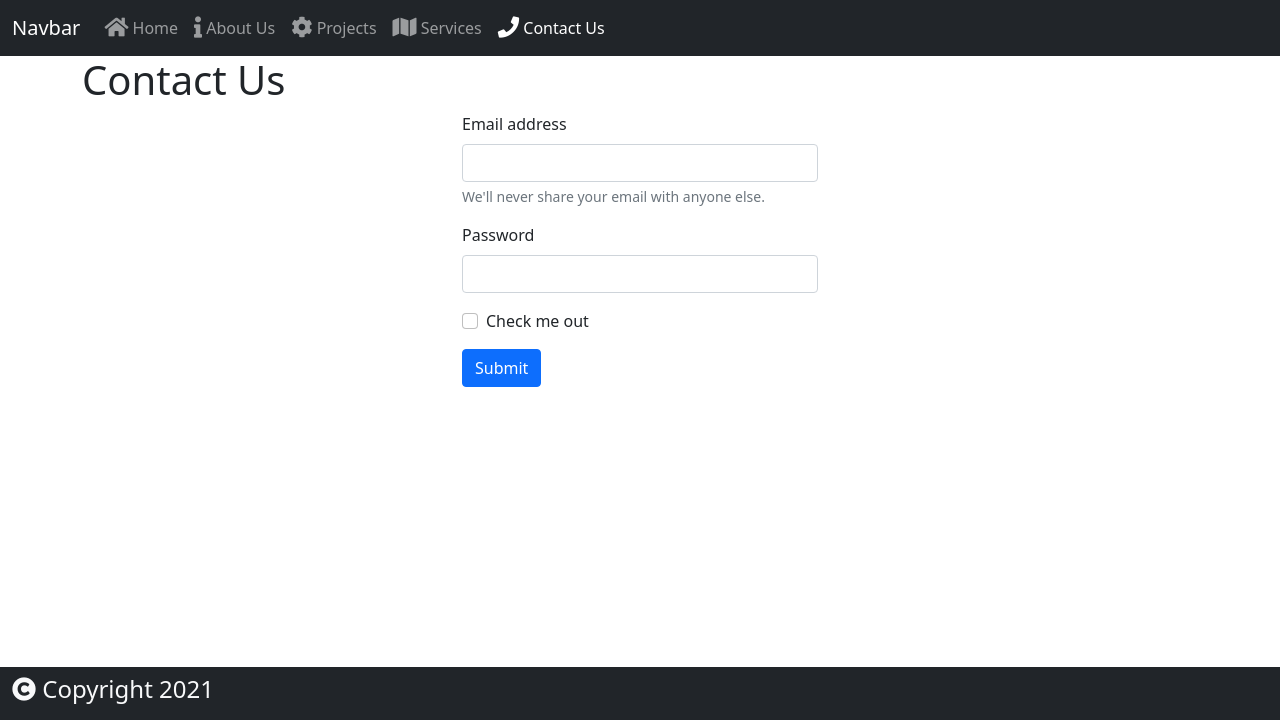
Repository: CKM206/WEBD6201-W2021---ICE1
Page: contact.html
The author's editor kept a copy of each file at every save. The page is drawn from the files as they stood at one save, then again after the next save.
The browser window is 1280 px wide. The pictures show the whole page.

Above is the page before, as saved 2021-01-21 09:17:00.

### contact.html
<!DOCTYPE html>
<html lang="en">
<head>
    <meta charset="UTF-8">
    <meta name="viewport" content="width=device-width, initial-scale=1.0">
    <title>Contact</title>
    <!-- CSS Section -->
    <!-- Inject Bootstrap first, always-->
    <link rel="stylesheet"
    href="./node_modules/bootstrap/dist/css/bootstrap.min.css">
    <!-- Now inject Icon Fonts using Font Awesome-->
    <link rel="stylesheet"
    href="./node_modules/@fortawesome/fontawesome-free/css/all.min.css">
    <!-- Now inject our custom css-->
    <link rel="stylesheet" href="./Content/app.css">
</head>
<body>
    <!-- Main Header -->
    <header>
      <!-- Main Navigation -->
        <nav class="navbar navbar-expand-lg navbar-dark bg-dark">
            <div class="container-fluid">
              <a class="navbar-brand" href="index.html">Navbar</a>
              <button class="navbar-toggler" type="button" data-bs-toggle="collapse" data-bs-target="#navbarSupportedContent" aria-controls="navbarSupportedContent" aria-expanded="false" aria-label="Toggle navigation">
                <span class="navbar-toggler-icon"></span>
              </button>
              <div class="collapse navbar-collapse" id="navbarSupportedContent">
                <ul class="navbar-nav me-auto mb-2 mb-lg-0">
                  <li class="nav-item">
                    <a class="nav-link" aria-current="page" href="index.html"><i class="fas fa-home fa-lg"></i> Home</a>
                  </li>
                  <li class="nav-item">
                    <a class="nav-link" aria-current="page" href="about.html"><i class="fas fa-info fa-lg"></i> About Us</a>
                  </li>
                  <li class="nav-item">
                    <a class="nav-link" aria-current="page" href="projects.html"><i class="fas fa-cog fa-lg"></i> Projects</a>
                  </li>
                  <li class="nav-item">
                    <a class="nav-link" aria-current="page" href="services.html"><i class="fas fa-map fa-lg"></i> Services</a>
                  </li>
                  <li class="nav-item">
                    <a class="nav-link active" aria-current="page" href="contact.html"><i class="fas fa-phone fa-lg"></i> Contact Us</a>
                  </li>
                </ul>
              </div>
            </div>
          </nav>
    </header>
    <!-- Main Content -->
    <main class="container">
      <h1>Contact Us</h1>

      <div class="row justify-content-md-center">
        <form class="col-4">
          <div class="mb-3">
            <label for="exampleInputEmail1" class="form-label">Email address</label>
            <input type="email" class="form-control" id="exampleInputEmail1" aria-describedby="emailHelp">
            <div id="emailHelp" class="form-text">We'll never share your email with anyone else.</div>
          </div>
          <div class="mb-3">
            <label for="exampleInputPassword1" class="form-label">Password</label>
            <input type="password" class="form-control" id="exampleInputPassword1">
          </div>
          <div class="mb-3 form-check">
            <input type="checkbox" class="form-check-input" id="exampleCheck1">
            <label class="form-check-label" for="exampleCheck1">Check me out</label>
          </div>
          <button type="submit" class="btn btn-primary">Submit</button>
        </form>
      </div>
    </main>

    <!-- Footer Section -->
    <footer>
        <nav class="navbar fixed-bottom navbar-dark bg-dark">
            <div class="container-fluid">
              <h4 class="text-light"><i class="fas fa-copyright text-light"></i> Copyright 2021</h4>
            </div>
          </nav>
    </footer>

    <!--Script Section-->
    <script src="./node_modules/jquery/dist/jquery.min.js"></script>
    <script src="./node_modules/bootstrap/dist/js/bootstrap.bundle.min.js"></script>
    <script src="./Scripts/app.js"></script>
</body>
</html>

### Content/app.css
/* Custom CSS Here */

### Scripts/app.js
/* Custom Javascript Here */
"use strict"; // Indicate that the code should be executed in "strict mode".

// IIFE - Immediately Invoked Function Expression (Anonymous Self-Executing Function)
//-Acts as a Closure, Limits Scope Leak
(function () {
  function displayHome()
  {
    // This shows different ways of accessing an element; @see index.html <p> on line 51
    //-Each has its own use and solves different problems
    let paragraphOneText = "This is a simple site to demonstrate DOM Manipulation for ICE 1.";
    let paragraphOneElement = document.getElementById("paragraphOne");

    // let aParagraph = document.getElementsByTagName("p")[0];
    // let allParagraphs = document.getElementsByTagName("p");
    // let paragraphOneQuery = document.querySelector("p");
    // let paragraphOneQuerys = document.querySelectorAll("p");

    // Print each variable to the console, see how each one "points" to the same <p> element
    // console.log(paragraphOneElement);
    // console.log(aParagraph);
    // console.log(allParagraphs[0]);
    // console.log(paragraphOneQuery);
    // console.log(paragraphOneQuerys);

    // Assigning values to the textContent of the element we have a reference to
    paragraphOneElement.textContent = paragraphOneText;

    /* We can change the style as well..
      For the most part its best to use css sheets, but this can be useful when attempting
      dynamic effects on the webpage
    */
    //paragraphOneElement.style = "color: blue;";

    /* We can change the class of an element as well...
    * This is probably a better way of assigning css to elements (As compared to above)
    */
    //paragraphOneElement.className = "fs-4 fw-bold";


    // Injecting a new element
    let newParagraph = document.createElement("p");             // Create the Element
    newParagraph.setAttribute("id","paragraphTwo");             // Configure the Element
    newParagraph.textContent = "...And this is Paragraph two"   //--
    let mainContent = document.getElementsByTagName("main")[0]; // Get a reference to the Main Element
    mainContent.appendChild(newParagraph);                      // Append the new Element as a child of main

    // We can still make alterations to this element
    newParagraph.className = "fs-4 fw-bold";

    // Another way of injecting a new Element through Javascript
    let paragraphThree = '<p class ="fs-6">And this is the Third Paragraph</p>';    // Create the Element

    // Notice that this doesnt work, it is assigned as text verbatim, and erases all other content in main
    //mainContent.textContent = paragraphThree;

    let paragraphDiv = document.createElement('div');
    // Converting and Injecting the paragraph, it still erases all other content
    paragraphDiv.innerHTML = paragraphThree;

    // Insertions
    //-Example of insering before a node
    //newparagraph.before(paragraphDiv);

    // Inserting after a node
    newParagraph.after(paragraphDiv);

    // deletions

    //-Removing a single element
    //paragraphOneElement.remove();

    //-Removing a child element
    mainContent.removeChild(paragraphOneElement);

    // Updating & Modification
    //-Targetted Modifcation
    //mainContent.firstElementChild.textContent = "Welcome Home";

    // Bulk modififying mainContent
    //mainContent.innerHTML =
    //'<h1 id="firstHeading">Welcome to WEBD6201 - Lab 1</h1>' +
    //'<p id="paragraphOne" class="fs-3 fw-bold">A new First Paragraph</p>';
  }

  function displayAbout()
  {

  }

  function displayServices()
  {

  }

  function displayProjects()
  {

  }

  function displayContact()
  {

  }

  function Start() {
    console.log("App Started...");

    switch (document.title) {
      case "Home":
        displayHome();
        break;
      case "About":
        displayAbout();
        break;
      case "Projects":
        displayProjects();
        break;
      case "Services":
        displayServices();
        break;
      case "Contact":
        displayContact();
        break;
    }

    // Old Java Script



  }

  window.addEventListener("load", Start);
})();

Loaded but not shown: node_modules/bootstrap/dist/css/bootstrap.min.css (library); node_modules/@fortawesome/fontawesome-free/css/all.min.css (library); node_modules/jquery/dist/jquery.min.js (library); node_modules/bootstrap/dist/js/bootstrap.bundle.min.js (library)

After the next save:
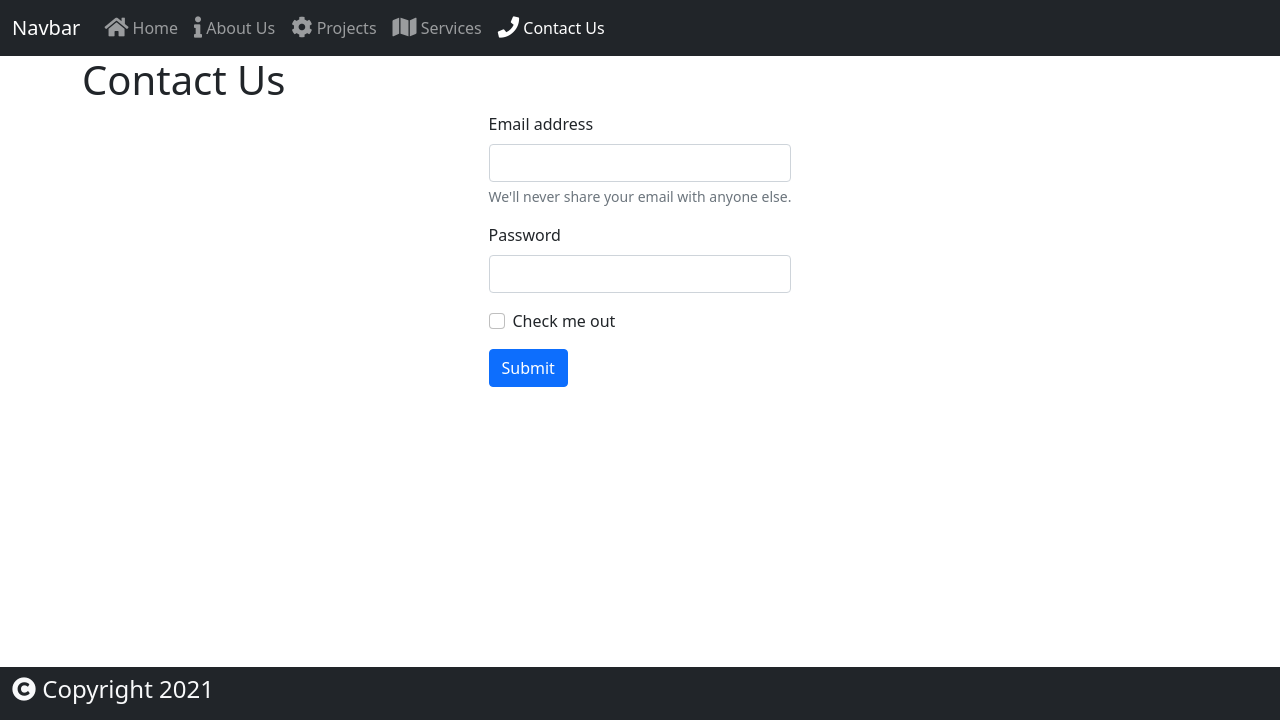
Saved 34 s later.
--- a/contact.html
+++ b/contact.html
@@ -51,7 +51,7 @@
       <h1>Contact Us</h1>
 
       <div class="row justify-content-md-center">
-        <form class="col-4">
+        <form class="col-md-auto">
           <div class="mb-3">
             <label for="exampleInputEmail1" class="form-label">Email address</label>
             <input type="email" class="form-control" id="exampleInputEmail1" aria-describedby="emailHelp">
